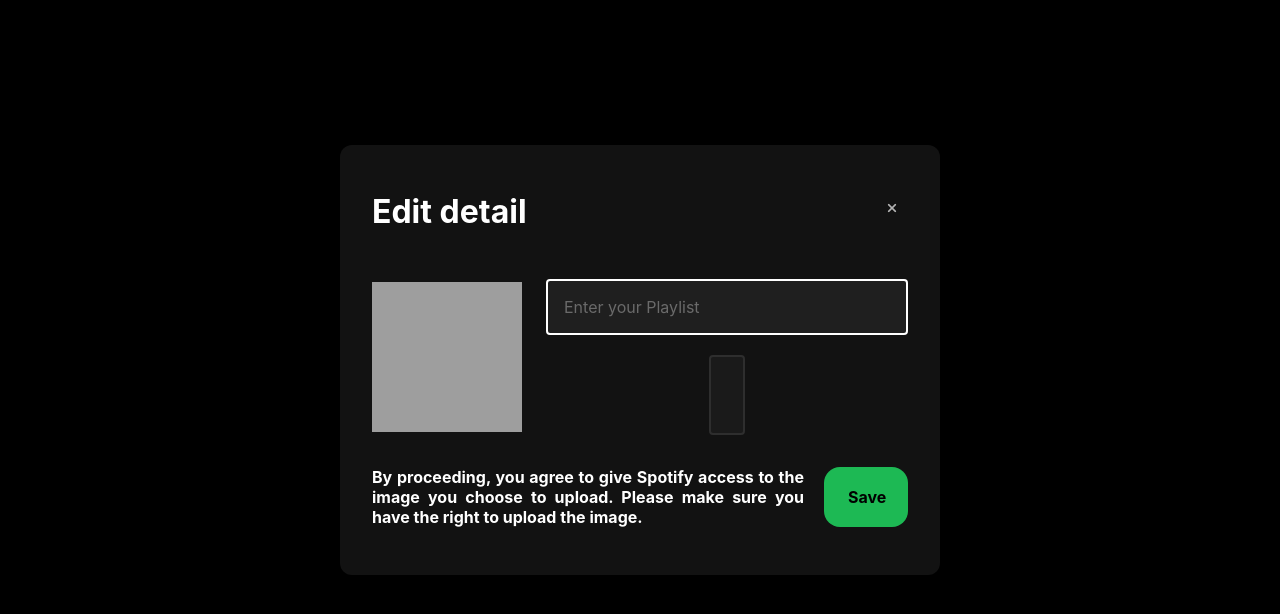
Repository: lannguyen1301/f8-zoom-module2
Page: nhap.html
The author's editor kept a copy of each file at every save. The page is drawn from the files as they stood at one save, then again after the next save.
The browser window is 1280 px wide. The pictures show the whole page.
Pictures or frames that could not be fetched are drawn as grey boxes.

Above is the page before, as saved 2025-08-15 23:43:31.

After the next save:
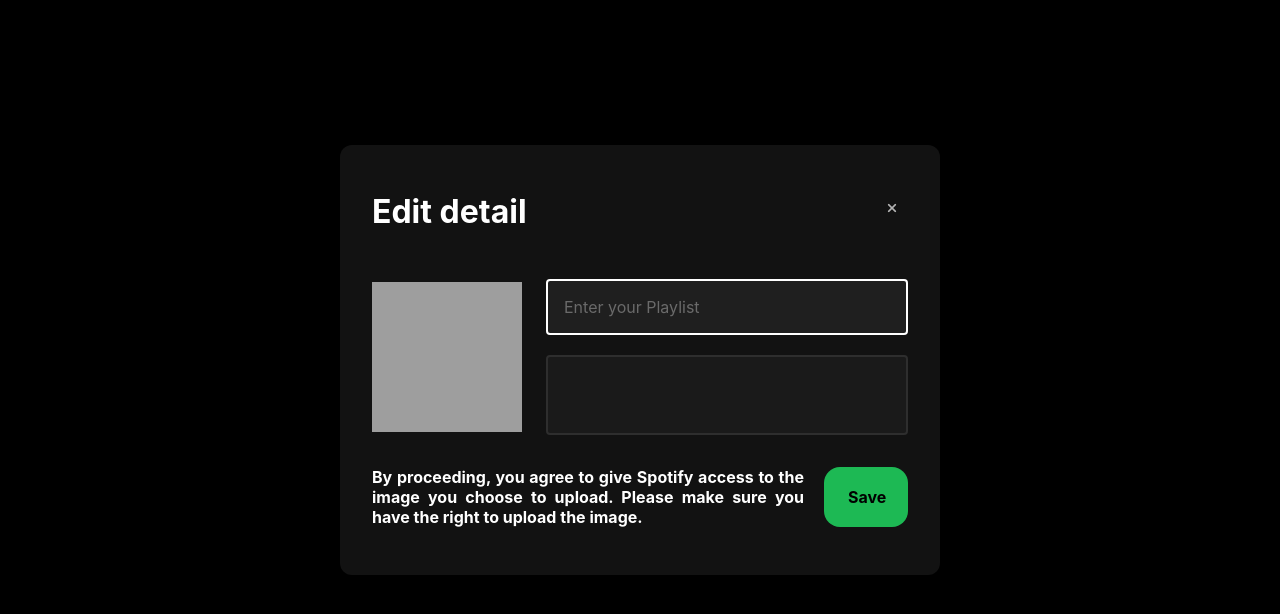
Saved 9 min 21 s later.
--- a/nhap.html
+++ b/nhap.html
@@ -47,8 +47,8 @@
 
         .edit-form-group {
             display: flex;
-            align-items: center;
-            justify-content: center;
+            /* align-items: center; */
+            /* justify-content: center; */
             flex-direction: column;
             gap: 20px;
         }
